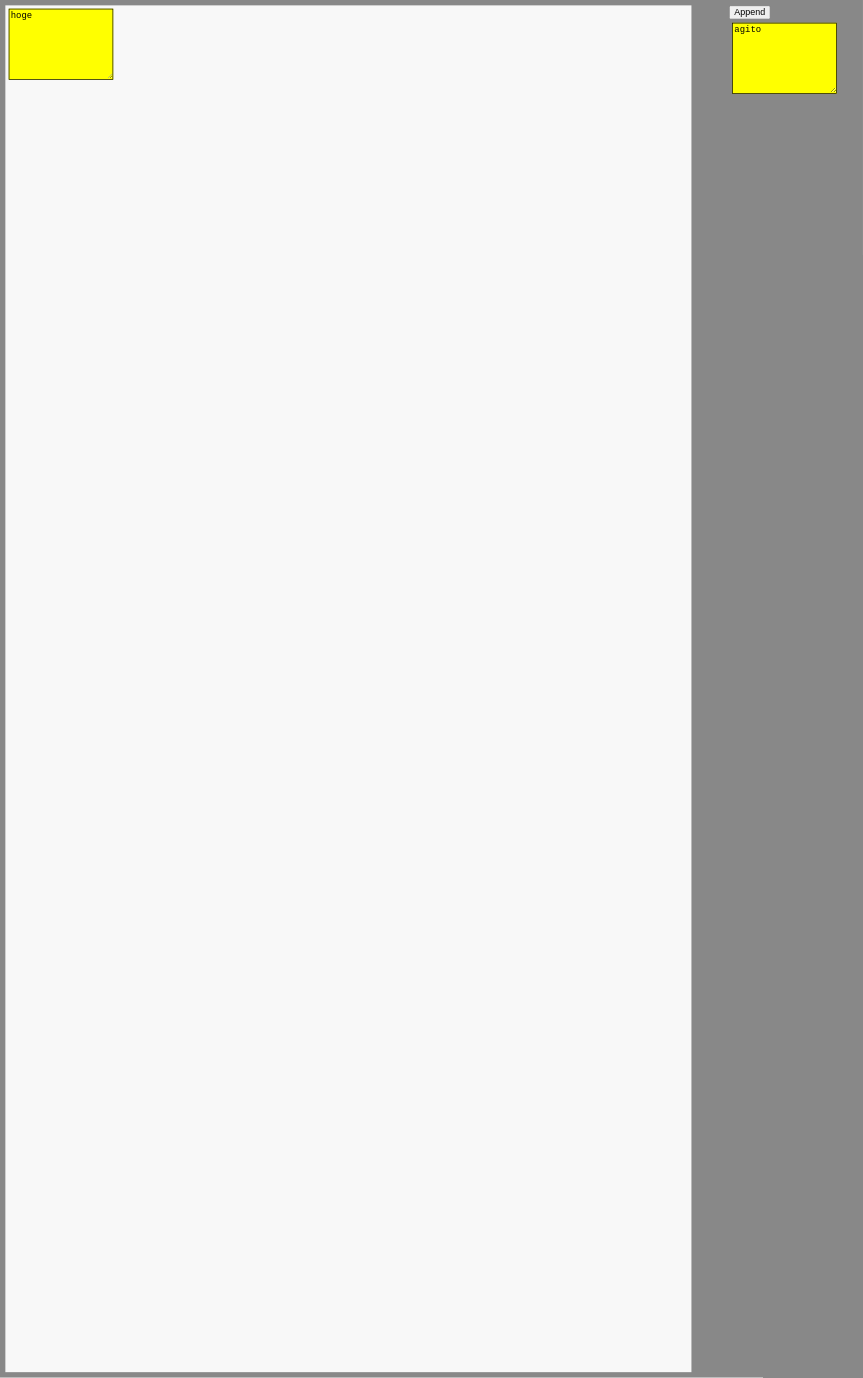
Repository: EndoHizumi/Memocca-Client
Page: board.html
An editor plug-in stored every save of this project. The page is shown before and after a run of saves, followed by the edit.
The browser window is 1280 px wide. The page is 1288 px wide, so the pictures cover 1288 px, including what lies to the right of the window. The pictures show the whole page, at 67% of full size.

Above is the page before, as saved 2020-03-26 08:33:00.

After the next 3 saves:
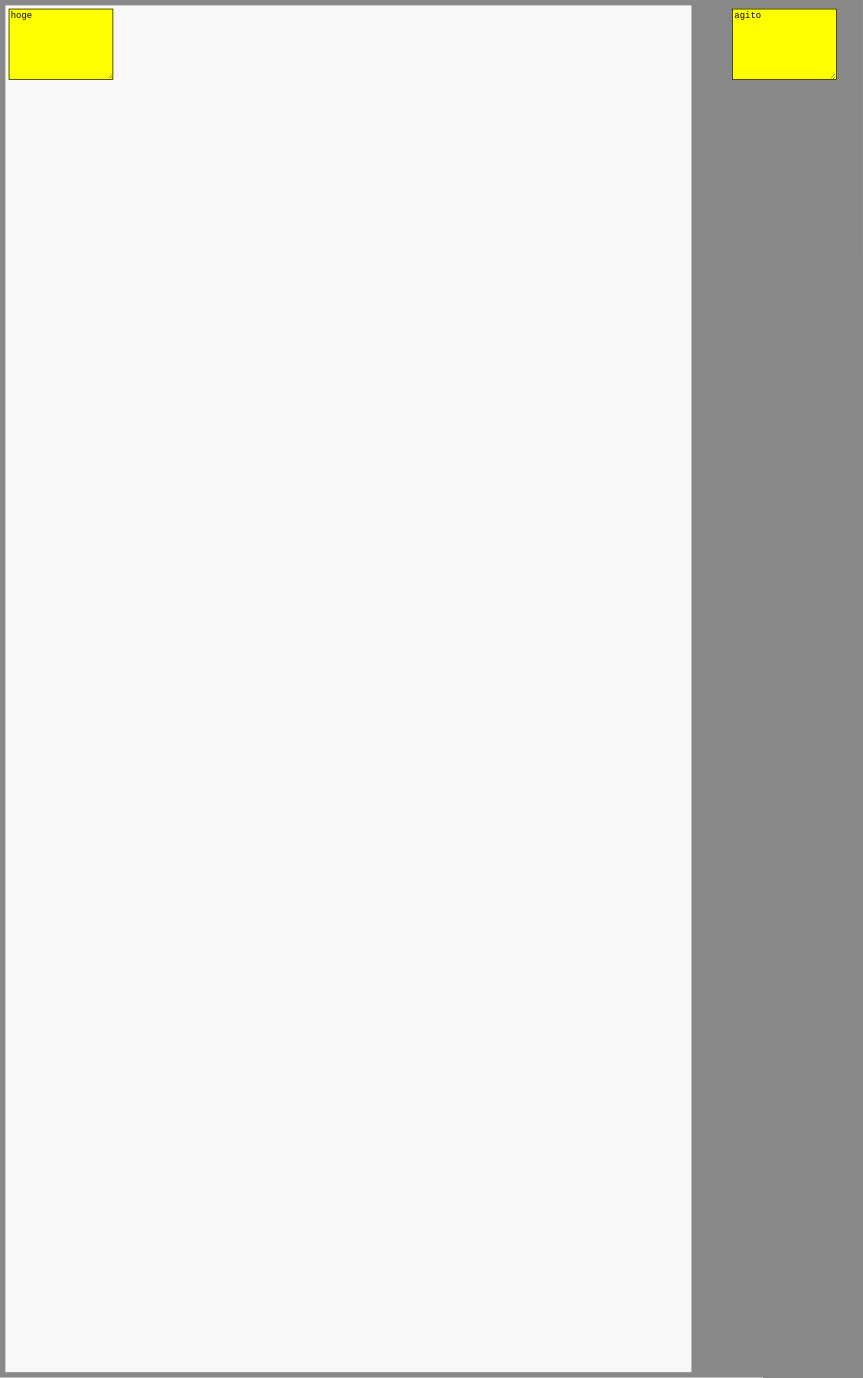
Console error: TypeError: Cannot read properties of null (reading 'addEventListener')
The 3 saves are shown as one change because they came seconds apart.
The last was saved 5 min 8 s later.
--- a/board.html
+++ b/board.html
@@ -49,7 +49,6 @@
 
 <body>
   <div id="stock">
-    <button id=Append>Append</button>
     <textarea class="sticky in_stock">agito</textarea>
   </div>
   <div id="canvas">

After the 3 saves that followed:
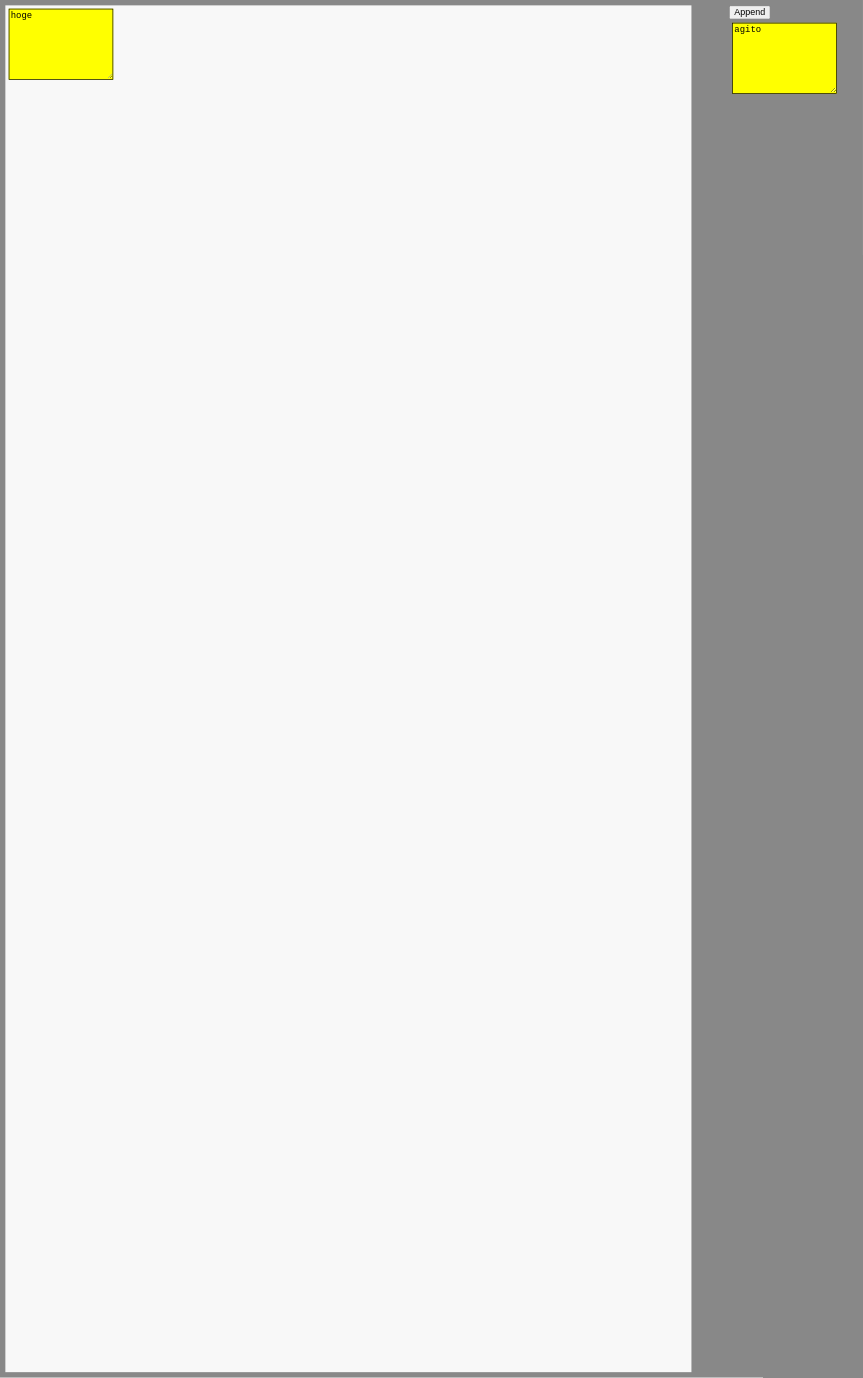
The error is gone.
The 3 saves are shown as one change because they came seconds apart.
The last was saved 13 min 35 s later.
--- a/board.html
+++ b/board.html
@@ -49,6 +49,7 @@
 
 <body>
   <div id="stock">
+    <button id=Append>Append</button>
     <textarea class="sticky in_stock">agito</textarea>
   </div>
   <div id="canvas">
